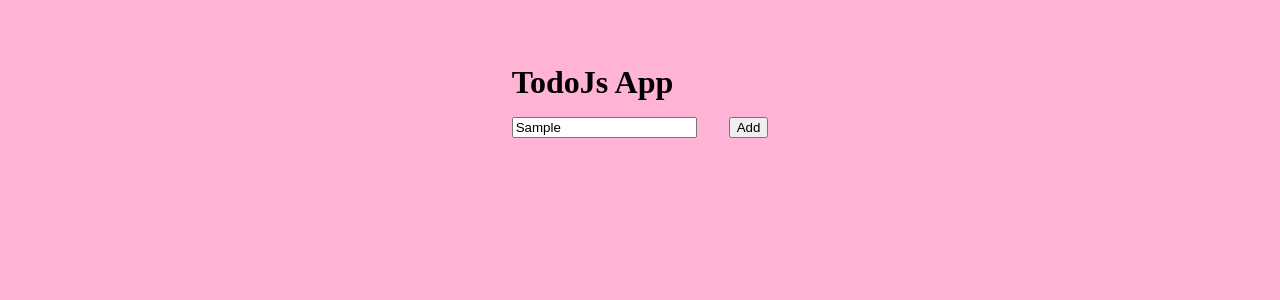
Repository: AlexandraYuhno/todo
Page: index.html
The author's editor kept a copy of each file at every save. The page is drawn from the files as they stood at one save, then again after the next save.
The browser window is 1280 px wide. The pictures show the whole page.
Empty fields were first filled with sample values (such as "Sample", 5 or name@example.com).
After loading, the first visible `#btnAdd` was clicked once.

Above is the page before, as saved 2024-06-18 09:46:35.
Console error: ReferenceError: Data is not defined

After the next save:
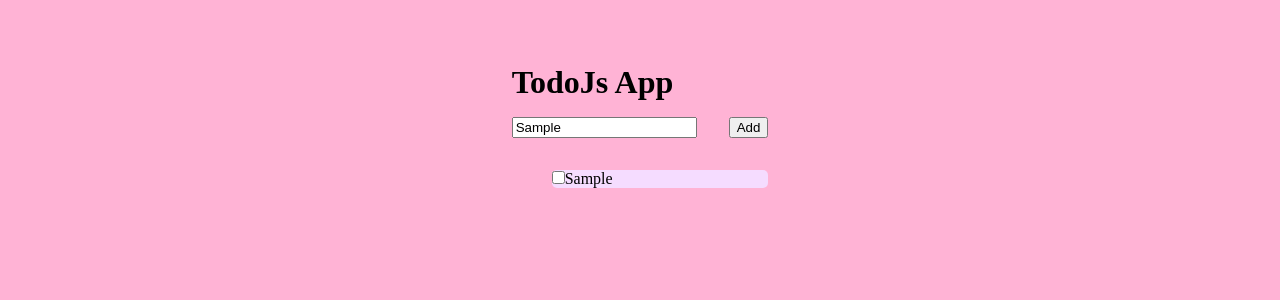
The error is gone.
Saved 50 s later.
--- a/script.js
+++ b/script.js
@@ -24,10 +24,9 @@ function showTasks(){
 //Track click button 'Add'
 
 btnAdd.addEventListener("click", function addTask(){
-
-   const timestamp = Data.now()
+   /*id: timestamp,
+   const timestamp = Data.now()*/
     let newTodo = {
-        id: timestamp,
         text: newInput.value,
         isCompleted:false,
         };
